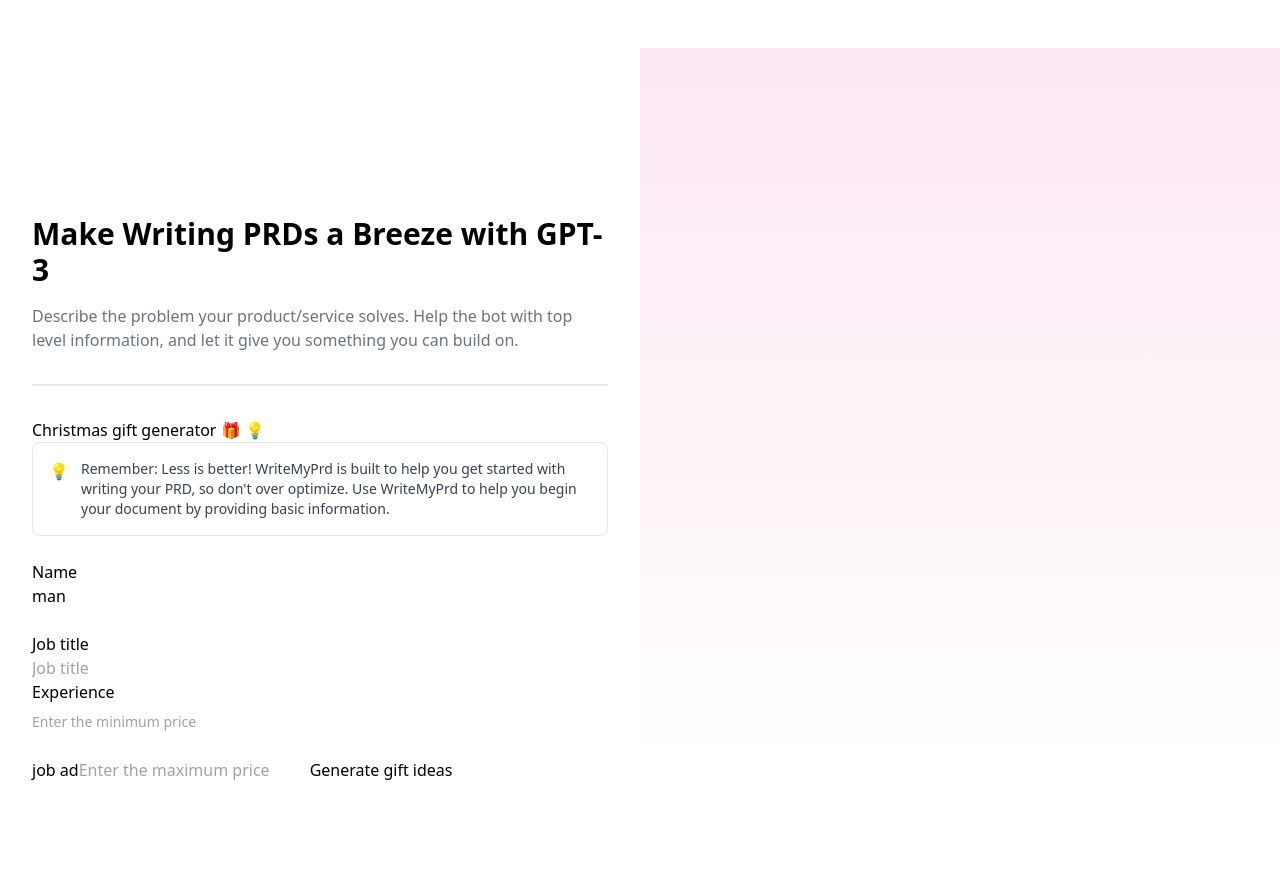
Repository: hamza-mastar/chatgpt-jpbad
Page: /
The author's editor kept a copy of each file at every save. The page is drawn from the files as they stood at one save, then again after the next save.
The browser window is 1280 px wide. The pictures show the whole page.
The project was rebuilt for these pictures with package versions that can differ from the ones it lists, and the page was loaded fresh each time. The framework's server and built-in components were replaced by stand-ins that run in the browser.

Above is the page before, as saved 2023-01-30 04:40:42.

### pages/_app.js
import 'tailwindcss/tailwind.css'

import '../styles/globals.css'

export default function MyApp({ Component, pageProps }) {
  return <Component {...pageProps} />
}

### pages/index.js
import Head from 'next/head';
import React from 'react';
import { useState } from 'react';

import styles from './index.module.css';


// import './gifts.css'




export default function Home() {
  const [name, setName] = useState('man');
  const [job_title, setJob_title] = useState("");
  const [experience, setExperience] = useState("");
  const [job_ad, setJob_ad] = useState("");

  const [loading, setLoading] = useState(false);

  const [result, setResult] = useState('');

  async function onSubmit(event) {
    event.preventDefault();
    if (loading) {
      return;
    }
    setLoading(true);
    setResult('hamza');
    const response = await fetch('/api/generate-gifts', {
      method: 'POST',
      headers: {
        'Content-Type': 'application/json',
      },
      body: JSON.stringify({ name, job_title, experience, job_ad}),
    });
    const data = await response.json();
    setResult(data.result.replaceAll('\n', '<br />'));
    setLoading(false);
  }


  return (
    <>



    <dody class="h-full px-5 sm:px-6">
      <div class="flex relative sm:flex-col md: flex-col">

      <Head>
        <title>OpenAI Quickstart</title>
        <link rel="icon" href="/dog.png" />
      </Head>

      <main className={styles.main}>
     <div class="min-h-screen w-full lg:w-1/2 relative">
    <div class="h-full px-5 sm:px-6">
      <div class="h-full w-full max-w-xl mx-auto flex flex-col after:mt-auto after:flex-1">
        <header class="sm:flex-1 flex mb-auto sm:py-10 pt-6 items-center sm:justify-between flex-col sm:flex-row" >
          <div class="flex items-center justify-between h-24 md:h-20"> </div>

            {/* logo icone login  */}
            </header>
            <div class="flex-1 py-8">
           <div  class="mb-4" >
           <h1 class="text-3xl font-bold font-inter mb-2"> Make Writing PRDs a Breeze with GPT-3 </h1>
           <div class="text-gray-500 mt-4 mb-6"> Describe the problem your product/service solves. Help the bot with top level information, and let it give you something you can build on. </div>
           <div class="divide-y divide-gray-200 my-8 relative border"></div>





        <h3  >Christmas gift generator 🎁 💡</h3>
        <form  onSubmit={onSubmit} class="mb-12 relative">
        <div class="rounded-lg bg-white border p-4"><div class="flex"><div class="flex-shrink-0">💡</div><div class="ml-3 flex-1 md:flex md:justify-between"><p class="text-sm text-gray-700 font-medium"> Remember: Less is better! WriteMyPrd is built to help you get started with writing your PRD, so don't over optimize. Use WriteMyPrd to help you begin your document by providing basic information. </p></div></div></div>
        <div>
          <div class="py-6">
          <label >Name</label>
          <input class="form-input w-full"
            type="text"
            name="name"
            placeholder="Enter the Name"
            value={name}
            onChange={(e) => setName(e.target.value)}
          />
          </div>


          <label>Job title</label>
          <input class="form-input w-full"
            type="text"
            name="job_title"
            placeholder="Job title"
            value={job_title}
            onChange={(e) => setJob_title(e.target.value)}
          />

          <label>Experience </label>
          <textarea class="form-textarea text-sm pt-2 w-full resize-none"
          type="textarea"
          name="experience"
          placeholder="Enter the minimum price"
          value={experience}
          onChange={(e) => setExperience(e.target.value)} >

            </textarea>

          <label> job ad</label>
          <input
            type="text"
            name="job_ad"
            placeholder="Enter the maximum price"
            value={job_ad}
            onChange={(e) => setJob_ad(e.target.value)}
          />



          <input type="submit" value="Generate gift ideas" />
          </div>
        </form>
        </div>
       </div>
        </div>
        </div>
          </div>

          {/* loging page ////////////////// */}

          <div class="relative lg:fixed right-0 bottom-0 lg:block lg:w-1/2 overflow-hidden sm:px-5 lg:h-full h-auto overflow-y-auto top-12">
            <div class="absolute inset-0 bg-gradient-to-b from-pink-100 to-white pointer-events-none -z-10" >
              {/* <div class="hidden md:block absolute right-0 pointer-events-none -z-10"> */}
                <div class="h-auto">
                {/* <div class="p-6 pb-0 h-[calc(100vh-6rem)]" > */}
                {/* <div class="form-textarea relative text-base w-full p-4 px-8 overflow-scroll h-[calc(100%-1rem)] shadow-2xl flex items-center justify-center" > */}
                {/* <div class="text-pink-600 font-mono text-left text-base font-semibold absolute top-4 left-4"> */}
        {loading && (
          <div>
            <h3>Looking for the best gift ideas 🎁 💡</h3>
            <img src="/loading.gif" className={styles.loading} />
          </div>



        )}
        <div class="is-typed pb-0 h-[calc(100vh-6rem)] form-textarea relative text-base w-full p-4 px-8 overflow-scroll   flex items-center justify-center "
          className={styles.result}
          dangerouslySetInnerHTML={{ __html: result }}


        />
        </div>
        </div>
        </div>
        {/* </div> */}
        {/* </div> */}
        {/* </div>
        </div> */}
      </main>
      </div>

      </dody>


    </>
  );
}
// Name Job_title Experience job_ad

### pages/index.module.css


@font-face {
  font-family: "ColfaxAI";
  src: url(https://cdn.openai.com/API/fonts/ColfaxAIRegular.woff2)
      format("woff2"),
    url(https://cdn.openai.com/API/fonts/ColfaxAIRegular.woff) format("woff");
  font-weight: normal;
  font-style: normal;
}
@font-face {
  font-family: "ColfaxAI";
  src: url(https://cdn.openai.com/API/fonts/ColfaxAIBold.woff2) format("woff2"),
    url(https://cdn.openai.com/API/fonts/ColfaxAIBold.woff) format("woff");
  font-weight: bold;
  font-style: normal;
}
/* .main,
.main input {
  font-size: 16px;
  line-height: 24px;
  color: #353740;
  font-family: "ColfaxAI", Helvetica, sans-serif;
}
.main {
  display: flex;
  flex-direction: column;
  align-items: center;
  padding-top: 60px;
}
.main .icon {
  width: 34px;
}
.main h3 {
  font-size: 32px;
  line-height: 40px;
  font-weight: bold;
  color: #202123;
  margin: 16px 0 40px;
}
.main form {
  display: flex;
  flex-direction: column;
  width: 320px;
}
.main input[type="text"] {
  padding: 12px 16px;
  border: 1px solid #10a37f;
  border-radius: 4px;
  margin-bottom: 24px;
  outline-color: #10a37f;
}
.main ::placeholder {
  color: #8e8ea0;
  opacity: 1;
}
.main input[type="submit"] {
  padding: 12px 0;
  color: #fff;
  background-color: #10a37f;
  border: none;
  border-radius: 4px;
  text-align: center;
  cursor: pointer;
}
.main .result {
  padding: 100px;
  font-weight: bold;
  margin-top: 40px;
  position:absolute;
  display: flex;
  justify-content: end;
} */

.main .loading {
  width: 50;
}

/* .main input[type="text"],
.main input[type="number"],
.main select {
  padding: 12px 16px;
  border: 1px solid #10a37f;
  border-radius: 4px;
  margin-bottom: 12px;
  margin-top: 4px;
}
.hamza {
  background-color: #10a37f;
} */






.relative {
  position: relative;
}

.nano {
  background-color: white;
  color: black;
  display: flex;
  overflow: scroll;
}

.form-textarea{
  border-width: 1px;
  --tw-border-opacity: 1;
  border-color: rgb(209 213 219 / var(--tw-border-opacity));
  --tw-bg-opacity: 1;
  background-color: rgb(255 255 255 / var(--tw-bg-opacity));
  height: 600px;
  width: 600px;
}

.texxt-base {
  font-size: 18px;
  line-height: 1.5;
  letter-spacing: -.01em;
  color: black

}
.typed {
  color: #1f2937;
  white-space: break-spaces;
  font-size: 100px;
}
@media only screen and (max-width: 600px) {
  .goho {
    width: auto;
    display: flex;
    justify-content:center ;

  }
}

Loaded but not shown: styles/globals.css (common file); tailwind.config.js (common file)

After the next save:
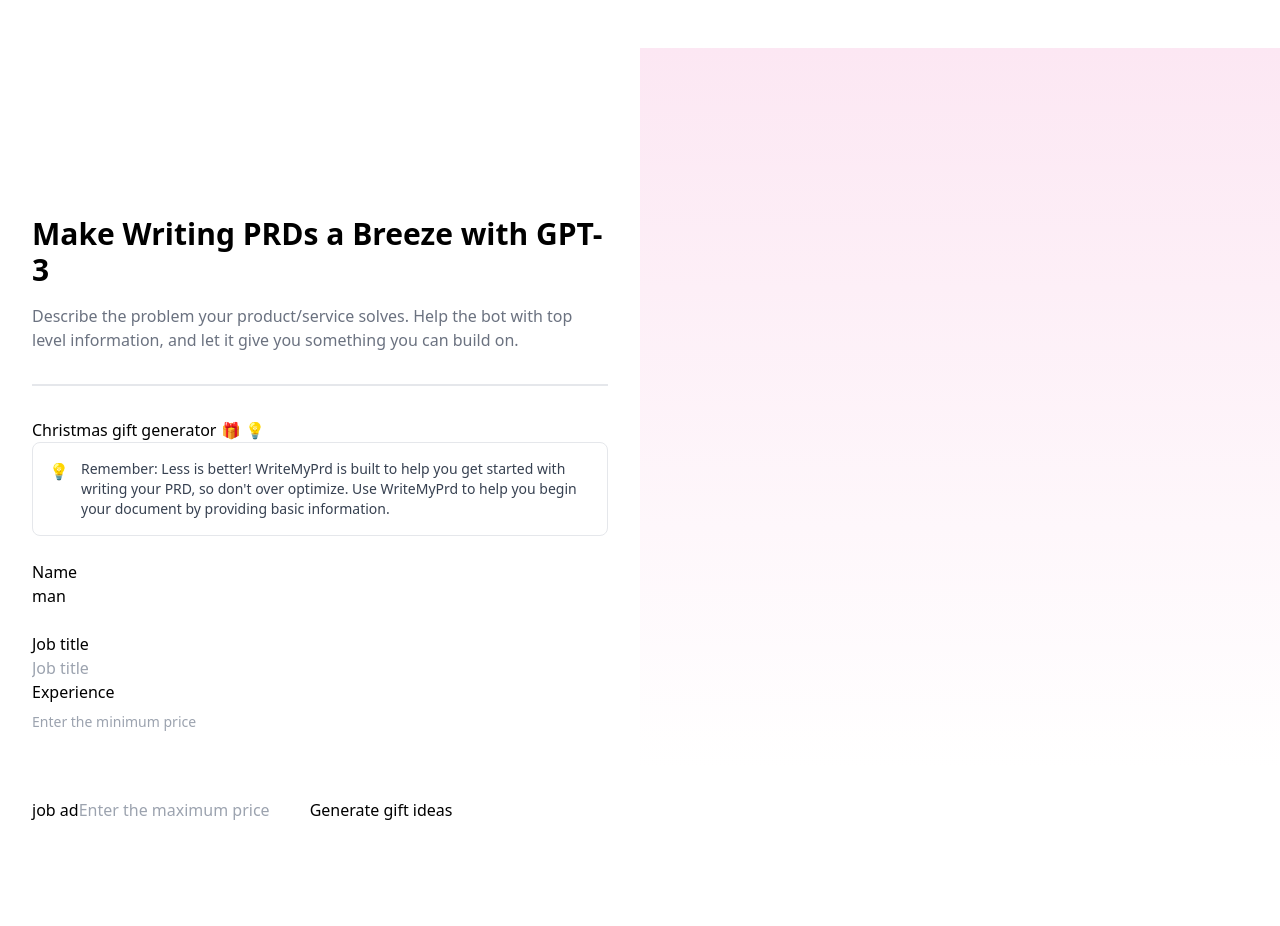
Saved 101 s later.
--- a/pages/index.js
+++ b/pages/index.js
@@ -98,7 +98,7 @@ export default function Home() {
           />
 
           <label>Experience </label>
-          <textarea class="form-textarea text-sm pt-2 w-full resize-none"
+          <textarea class="form-textarea text-sm pt-2 w-full resize-none" rows="4"
           type="textarea"
           name="experience"
           placeholder="Enter the minimum price"
